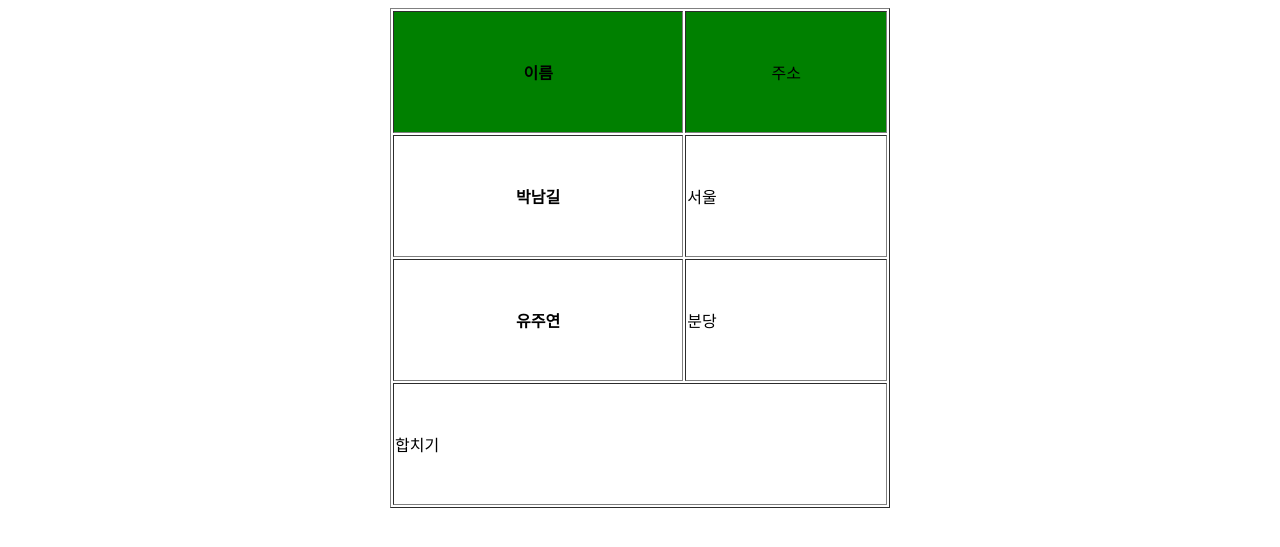
Repository: nijooymik/smartfactory
Page: jsp/t0718/src/main/webapp/html/img/table01.html
An editor plug-in stored every save of this project. The page is shown before and after the next save, followed by the edit.
The browser window is 1280 px wide. The pictures show the whole page.

Above is the page before, as saved 2022-07-18 04:43:26.

After the next save:
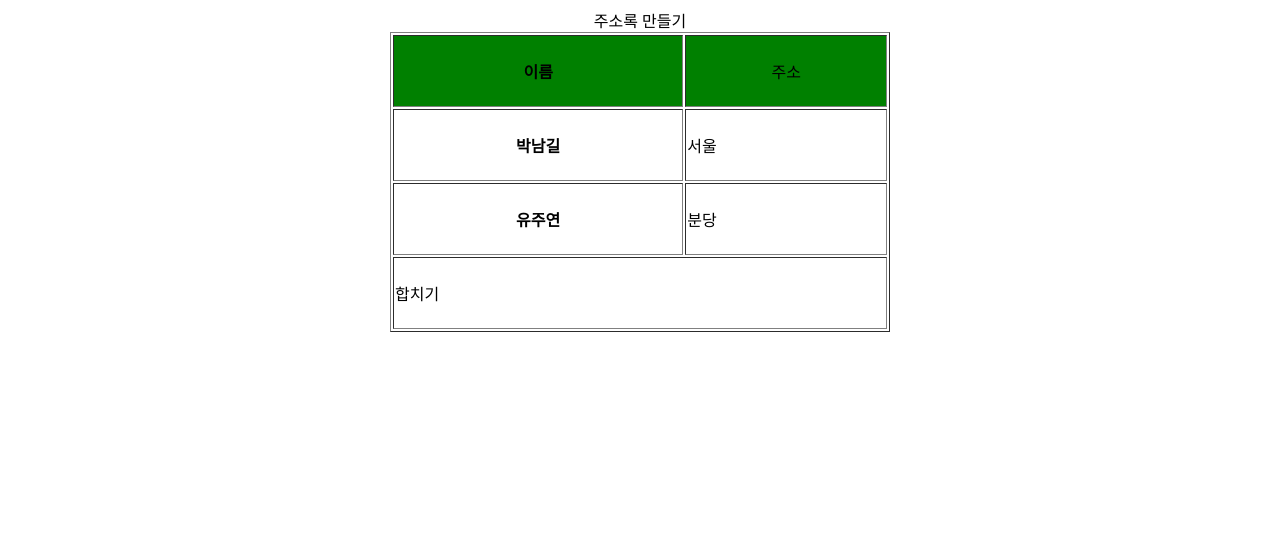
Saved 61 s later.
--- a/jsp/t0718/src/main/webapp/html/img/table01.html
+++ b/jsp/t0718/src/main/webapp/html/img/table01.html
@@ -5,7 +5,8 @@
 <title>Insert title here</title>
 </head>
 <body>
-	<table border=1 align=center width="500" height="500">
+	<table border=1 align=center width="500" height="300">
+		<caption>주소록 만들기</caption>
 		<tr bgcolor="green">
 			<th>이름</th>
 			<td align=center>주소</td>
